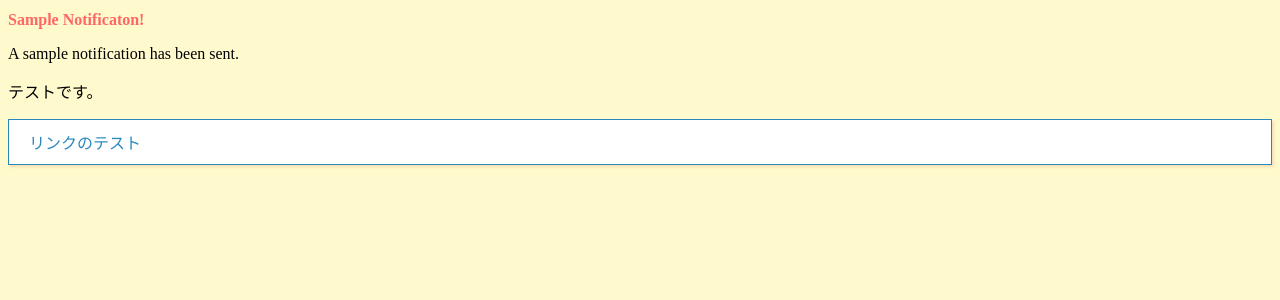
Repository: umaroid/laravel_app
Page: http://localhost/sample/mailable/preview
The author's editor kept a record of every edit. The page is drawn from the files as they stood at one moment, then again after the next edit.
The browser window is 1280 px wide. The pictures show the whole page.
The page is served by the project's Laravel application, run on PHP 8.4 with Laravel 8.

Above is the page before.

After the next edit:
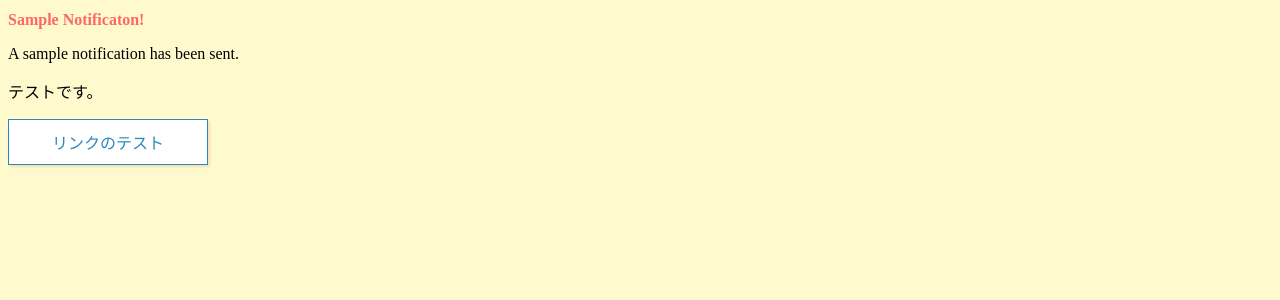
The edit:
--- a/laravel_work/resources/views/emails/sample_notification.blade.php
+++ b/laravel_work/resources/views/emails/sample_notification.blade.php
@@ -8,6 +8,10 @@
         h1 {
             font-size: 16px;
             color: #ff6666;
+        }
+        #button {
+            width: 200px;
+            text-align: center;
         }
         #button a {
             padding: 10px 20px;
